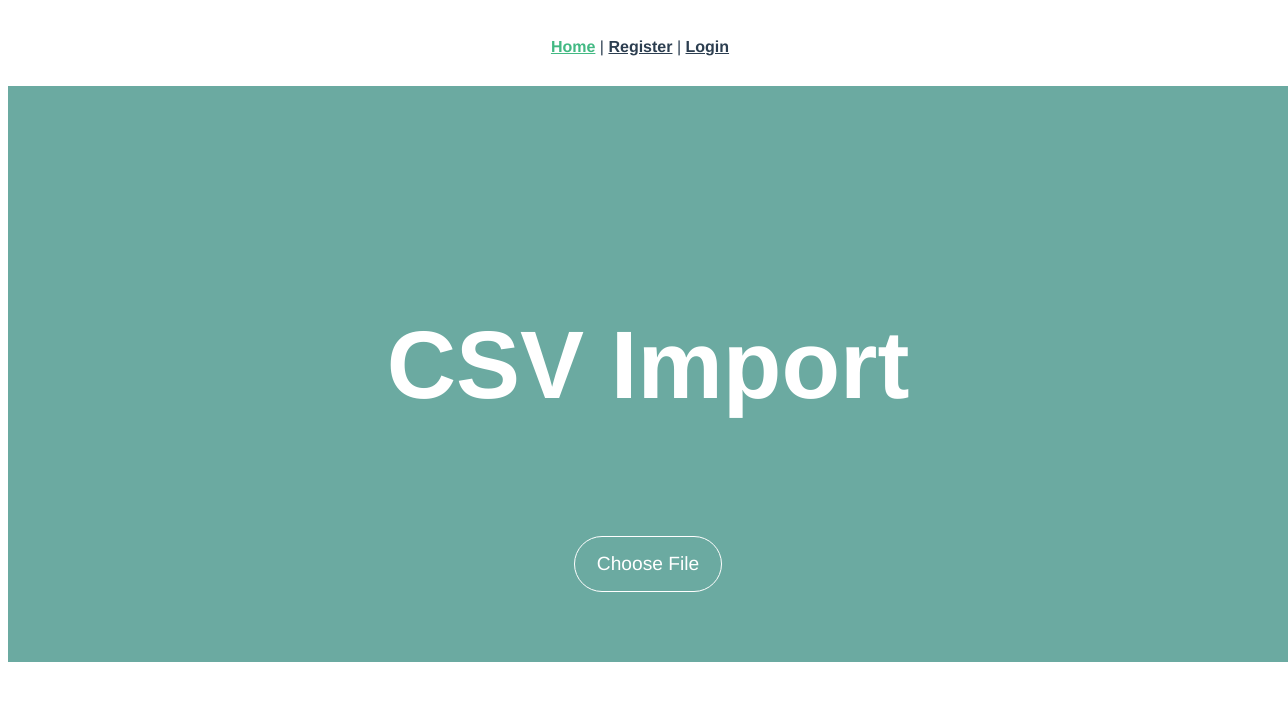
Repository: Flypr/licentaCSV
Page: /
The author's editor kept a copy of each file at every save. The page is drawn from the files as they stood at one save, then again after the next save.
The browser window is 1280 px wide. The page is 1288 px wide, so the pictures cover 1288 px, including what lies to the right of the window. The pictures show the whole page.
The project was rebuilt for these pictures with package versions that can differ from the ones it lists, and the page was loaded fresh each time.

Above is the page before, as saved 2021-03-16 18:04:55.

After the next save:
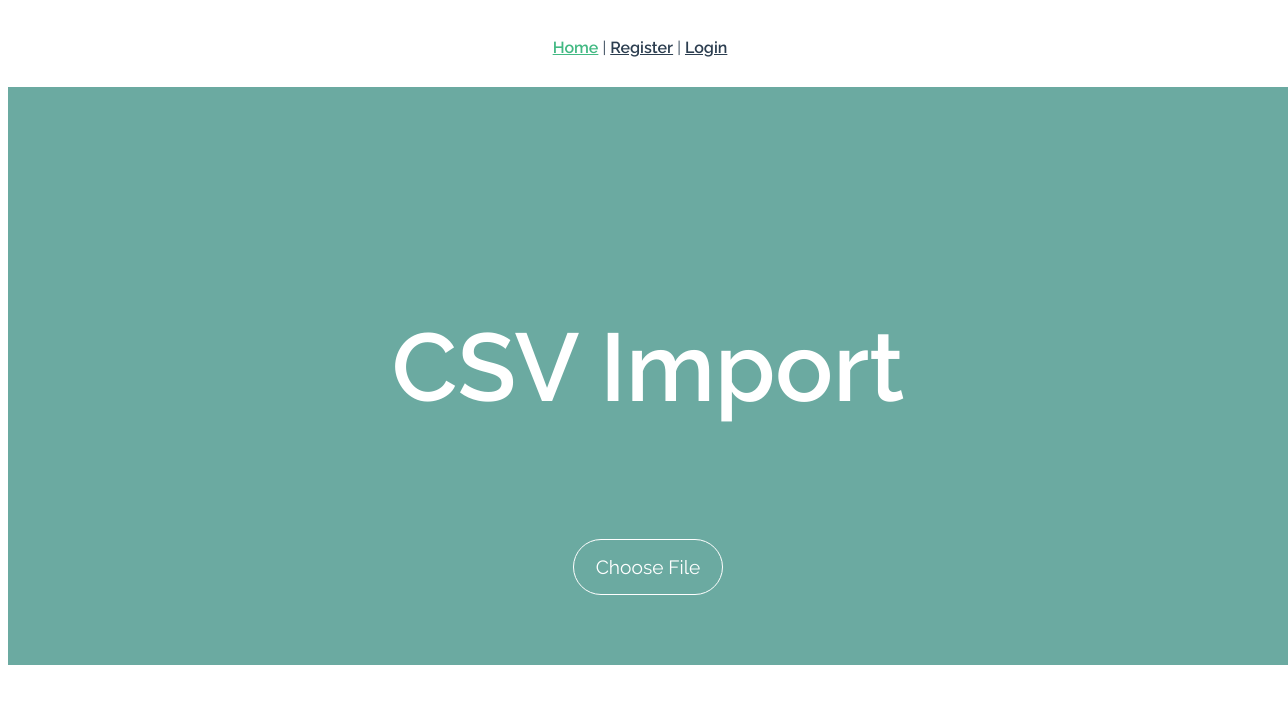
Saved 2 min 41 s later.
--- a/src/App.vue
+++ b/src/App.vue
@@ -17,10 +17,12 @@ export default {
 
 <style>
 #app {
-  font-family: Avenir, Helvetica, Arial, sans-serif;
+  font-family: Raleway, Helvetica, Arial, sans-serif;
   -webkit-font-smoothing: antialiased;
   -moz-osx-font-smoothing: grayscale;
   text-align: center;
   color: #2c3e50;
+  margin: 0;
+  padding: 0;
 }
 </style>
